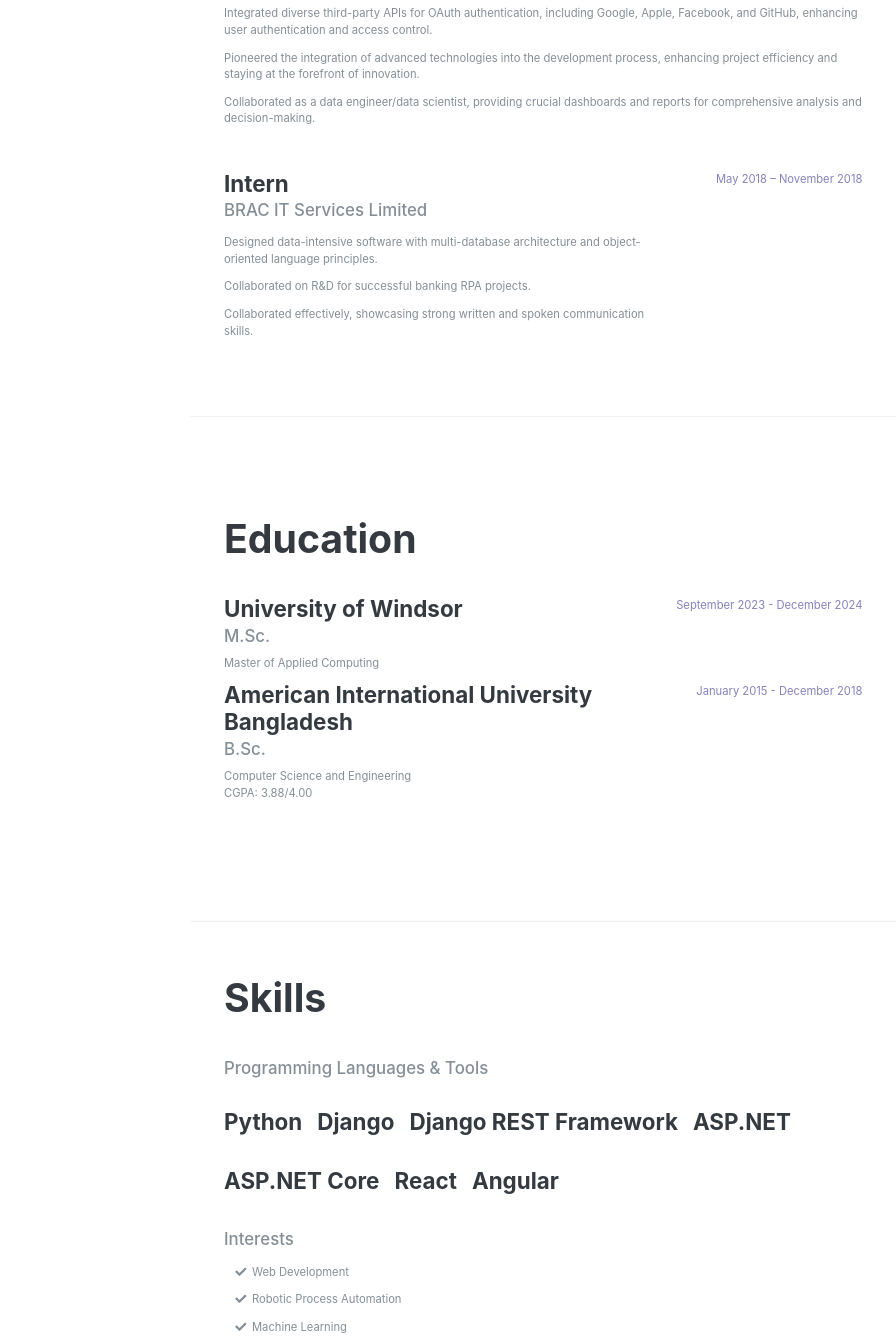
Repository: xahin96/xahin96.github.io
Page: index.html
An editor plug-in stored every save of this project. The page is shown before and after the next save, followed by the edit.
The browser window is 1280 px wide. The pictures show the part of the page from y = 1427 to 3347 px (the page is 5545 px tall before and 5521 px after), at 70% of full size.
Some web fonts or font styles are not loaded; a fallback is used.

Above is the page before, as saved 2024-04-27 12:36:30.

### index.html
<!DOCTYPE html>
<html lang="en">

<head>

  <meta charset="utf-8">
  <meta name="viewport" content="width=device-width, initial-scale=1, shrink-to-fit=no">
  <meta name="description" content="">
  <meta name="author" content="">

  <title>Shahriar Rahman</title>
  <link rel="icon" type="image/x-icon" href="img/profile.png">


  <!-- Bootstrap core CSS -->
  <link href="vendor/bootstrap/css/bootstrap.min.css" rel="stylesheet">

  <!-- Custom fonts for this template -->
  <link href="https://fonts.googleapis.com/css?family=Saira+Extra+Condensed:500,700" rel="stylesheet">
  <link href="https://fonts.googleapis.com/css?family=Muli:400,400i,800,800i" rel="stylesheet">
  <link href="vendor/fontawesome-free/css/all.min.css" rel="stylesheet">

  <!-- Custom styles for this template -->
  <link href="css/resume.css" rel="stylesheet">

</head>

<body id="page-top">

  <nav class="navbar navbar-expand-lg navbar-dark bg-primary fixed-top" id="sideNav">
    <a class="navbar-brand js-scroll-trigger" href="#page-top">
      <span class="d-block d-lg-none">Shahriar Rahman</span>
      <span class="d-none d-lg-block">
        <img class="img-fluid img-profile rounded-circle mx-auto mb-2" src="img/profile.png" alt="">
      </span>
    </a>
    <button class="navbar-toggler" type="button" data-toggle="collapse" data-target="#navbarSupportedContent" aria-controls="navbarSupportedContent" aria-expanded="false" aria-label="Toggle navigation">
      <span class="navbar-toggler-icon"></span>
    </button>
    <div class="collapse navbar-collapse" id="navbarSupportedContent">
      <ul class="navbar-nav">
        <li class="nav-item">
          <a class="nav-link js-scroll-trigger" href="#about">About</a>
        </li>
        <li class="nav-item">
          <a class="nav-link js-scroll-trigger" href="#experience">Experience</a>
        </li>
        <li class="nav-item">
          <a class="nav-link js-scroll-trigger" href="#education">Education</a>
        </li>
        <li class="nav-item">
          <a class="nav-link js-scroll-trigger" href="#skills">Skills</a>
        </li>
        <li class="nav-item">
          <a class="nav-link js-scroll-trigger" href="#projects">Projects</a>
        </li>
        <!-- <li class="nav-item">
          <a class="nav-link js-scroll-trigger" href="#interests">Interests</a>
        </li> -->
       <!--  <li class="nav-item">
          <a class="nav-link js-scroll-trigger" href="#awards">Achievements</a>
        </li> -->
      </ul>
    </div>
  </nav>

  <div class="container-fluid p-0">

    <section class="resume-section p-3 p-lg-5 d-flex align-items-center" id="about">
      <div class="w-100">
        <h1 class="mb-0">Shahriar
          <span class="mb-0">Rahman</span>
        </h1>
        <div class="subheading mb-5">Windsor, ON, Canada 🇨🇦 · +1 437 669 5591 ·
          <a href="mailto:shahriar.rahmanzahin@gmail.com">rahman8j@uwindsor.ca</a>
        </div>
        <p class="lead mb-5">Results-driven Software Engineer, with over 5 years of experience, specializing in innovative solutions such as Microservices, IoT, AI, and Robotic Process Automation (RPA). Demonstrates proficiency in software development, boasting a proven track record in leading the development of advanced systems, optimizing code for efficiency, and collaborating within dynamic, cross-functional teams.</p>
        <div class="social-icons">
          <a href="https://www.linkedin.com/in/shahriar-rahman-zahin">
            <i class="fab fa-linkedin-in"></i>
          </a>
          <a href="https://github.com/xahin96">
            <i class="fab fa-github"></i>
          </a>
          <a href="https://stackoverflow.com/users/5947007/shahriar-rahman-zahin">
            <i class="fab fa-stack-overflow"></i>
          </a>
          <a href="https://twitter.com/xahin96">
            <i class="fab fa-twitter"></i>
          </a>
          <a href="https://www.facebook.com/shahriar.xahin">
            <i class="fab fa-facebook-f"></i>
          </a>
        </div>
      </div>
    </section>

    <hr class="m-0">

    <section class="resume-section p-3 p-lg-5 d-flex justify-content-center" id="experience">
      <div class="w-100">
        <h2 class="mb-5">Experience</h2>

        <div class="resume-item d-flex flex-column flex-md-row justify-content-between mb-5">
          <div class="resume-content">
            <div class="flex justify-between align-items-center">
              <div>
                <h3 class="mb-0">Senior Software Engineer</h3>
                <div class="subheading mb-3">BRAC IT Services Limited</div>
              </div>
              <div class="resume-date text-md-right">
                <span class="text-primary">January 2023 – July 2023</span>
              </div>
            </div>

            <ul>
              <li>Led a 5-10-member team, reported directly to the department head, and managed work-related communications.</li>
              <li>Enforced software development best practices: clean code, code reviews, unit tests, ensuring continuous delivery.</li>
              <li>Facilitated design discussions, spearheaded idea generation, provided technical guidance, and enriched product experience through collaborative efforts within the team.</li>
              <li>Managed banking databases, utilizing stored procedures and SQL for efficient data handling and manipulation.</li>
              <li>Implemented Azure AD, integrated Microsoft Graph API for mail and calendar services, optimizing cloud collaboration.</li>
            </ul>
          </div>
        </div>

        <div class="resume-item d-flex flex-column flex-md-row justify-content-between mb-5">
          <div class="resume-content">
            <div class="flex justify-content-between align-items-center">
              <div>
                <h3 class="mb-0">Software Engineer</h3>
                <div class="subheading mb-3">BRAC IT Services Limited</div>
              </div>
              <div class="resume-date text-md-right">
                <span class="text-primary">November 2018 – December 2022</span>
              </div>
            </div>

            <li>Engineered RPA solutions achieving 5 to 20 times faster process completion with 100% accuracy.</li>
            <li>Orchestrated large-scale projects encompassing Microservices, ERP software, RPA, and IoT, employing industry-standard agile methodologies and adhering to robust design patterns.</li>
            <li>Integrated diverse third-party APIs for OAuth authentication, including Google, Apple, Facebook, and GitHub, enhancing user authentication and access control.</li>
            <li>Pioneered the integration of advanced technologies into the development process, enhancing project efficiency and staying at the forefront of innovation.</li>
            <li>Collaborated as a data engineer/data scientist, providing crucial dashboards and reports for comprehensive analysis and decision-making.</li>
          </div>

        </div>

        <div class="resume-item d-flex flex-column flex-md-row justify-content-between mb-5">
          <div class="resume-content">
            <div>
              <div>
                <h3 class="mb-0">Intern</h3>
                <div class="subheading mb-3">BRAC IT Services Limited</div>
              </div>
            </div>
            <li>Designed data-intensive software with multi-database architecture and object-oriented language principles.</li>
            <li>Collaborated on R&D for successful banking RPA projects.</li>
            <li>Collaborated effectively, showcasing strong written and spoken communication skills.
            </li>
          </div>
          <div class="resume-date text-md-right">
            <span class="text-primary">May 2018 – November 2018</span>
          </div>
        </div>

      </div>
    </section>

    <hr class="m-0">

    <section class="resume-section p-3 p-lg-5 d-flex align-items-center" id="education">
      <div class="w-100">
        <h2 class="mb-5">Education</h2>

        <div class="resume-item d-flex flex-column flex-md-row justify-content-between mb-3">
          <div class="resume-content">
            <h3 class="mb-0">University of Windsor</h3>
            <div class="subheading mb-2">M.Sc.</div>
            <div>Master of Applied Computing</div>
          </div>
          <div class="resume-date text-md-right">
            <span class="text-primary">September 2023 - December 2024</span>
          </div>
        </div>

        <!-- <div class="resume-item d-flex flex-column flex-md-row justify-content-between mb-3">
          <div class="resume-content">
            <h3 class="mb-0">Jahangirnagar University Bangladesh</h3>
            <div class="subheading mb-2"> M.Sc.</div>
            <div>Computer Science and Engineering</div>
            <p>CGPA: 3.88/4.00</p>
          </div>
          <div class="resume-date text-md-right">
            <span class="text-primary">January 2015 - December 2018</span>
          </div>
        </div> -->

        <div class="resume-item d-flex flex-column flex-md-row justify-content-between mb-3">
          <div class="resume-content">
            <h3 class="mb-0">American International University Bangladesh</h3>
            <div class="subheading mb-2">B.Sc.</div>
            <div>Computer Science and Engineering</div>
            <p>CGPA: 3.88/4.00</p>
          </div>
          <div class="resume-date text-md-right">
            <span class="text-primary">January 2015 - December 2018</span>
          </div>
        </div>

        <!-- <div class="resume-item d-flex flex-column flex-md-row justify-content-between mb-3">
          <div class="resume-content">
            <h3 class="mb-0">Dhaka Imperial College, Bangladesh</h3>
            <div class="subheading mb-2">Higher Secondary School Certificate</div>
            <p>GPA: 5.00/5.00</p>
          </div>
          <div class="resume-date text-md-right">
            <span class="text-primary">April 2012 - April 2014</span>
          </div>
        </div> -->

        <!-- <div class="resume-item d-flex flex-column flex-md-row justify-content-between">
          <div class="resume-content">
            <h3 class="mb-0">Bangladesh International School & College Riyadh, Saudi Arabia</h3>
            <div class="subheading mb-2">Secondary School Certificate</div>
            <p>GPA: 4.88/5.00</p>
          </div>
          <div class="resume-date text-md-right">
            <span class="text-primary">January 2007 - April 2012</span>
          </div>
        </div> -->

      </div>
    </section>

    <hr class="m-0">

    <section class="resume-section p-3 p-lg-5 d-flex align-items-center" id="skills">
      <div class="w-100">
        <h2 class="mb-5">Skills</h2>

        <div class="subheading mb-3">Programming Languages &amp; Tools</div>
        <ul class="list-inline dev-icons">
          <li class="list-inline-item">
            <h3>Python</h3>
          </li>
          <li class="list-inline-item">
            <h3>Django</h3>
          </li>
          <li class="list-inline-item">
            <h3>Django REST Framework</h3>
          </li>
          <li class="list-inline-item">
            <h3>ASP.NET</h3>
          </li>
          <li class="list-inline-item">
            <h3>ASP.NET Core</h3>
          </li>
          <li class="list-inline-item">
            <h3>React</h3>
          </li>
          <li class="list-inline-item">
            <h3>Angular</h3>
          </li>
        </ul>

        <br>

        <div class="subheading mb-3">Interests</div>
        <ul class="fa-ul mb-0">
          <li>
            <i class="fa-li fa fa-check"></i>
          Web Development</li>
          <li>
            <i class="fa-li fa fa-check"></i>
          Robotic Process Automation</li>
          <li>
            <i class="fa-li fa fa-check"></i>
          Machine Learning</li>
          <li>
            <i class="fa-li fa fa-check"></i>
          Data Mining</li>
        </ul>
      </div>
    </section>

    <hr class="m-0">

    <section class="resume-section p-3 p-lg-5 d-flex align-items-center project" id="projects">
      <div class="w-100">
        <h2 class="mb-5">Projects</h2>
        <hr>
        <div class="row">
          <div class="col-sm-12 col-md-6 mb-4">
            <div class="card p-3">
              <!-- <img class="mb-4" class="card-img-top" src="https://picsum.photos/id/237/200/300" alt="Card image cap"> -->
              <div style="background-color:rgb(255, 255, 255)">
                <h3 class="mb-0">Keeper</h3>
                <p class="lead mb-5">
                    Warranty managemet application for your products. It will help you manage all your product with warraties and smartly reminding you about the expiry date.
                </p>
                <h4>Technology Used</h4>
                <li>Python</li>
                <li>Django</li>
                <li>Django REST Framework</li>
                <div><h5>   &nbsp;</h5>   </div>
                <h5>Product link:</h5> <p><a href="/">Will be available on Play Store and Apple App Store soon</a></p>
              </div>
            </div>
          </div>
          <div class="col-sm-12 col-md-6 mb-4">
            <div class="card p-3">
              <!-- <img class="mb-4" class="card-img-top" src="https://picsum.photos/id/237/200/300" alt="Card image cap"> -->
              <div style="background-color:rgb(255, 255, 255)">
                <h3 class="mb-0">Atwork</h3>
                <p class="lead mb-5">
                    Smart meeting management system for your company. It will help you manage your meetings, schedule them, generate notice or summary along with agenda summary for
                    easier maintenance.
                </p>
                <h4>Technology Used</h4>
                <li>Python</li>
                <li>Django</li>
                <li>Django REST Framework</li>
                <li>Angular</li>
                <li>Typescript</li>
                <div><h5>   &nbsp;</h5>   </div>
                <h5>Product link:</h5> <p><a href="https://www.bracits.com/product/meeting-atwork">https://www.bracits.com/product/meeting-atwork</a></p>
              </div>
            </div>
          </div>
          <div class="col-sm-12 col-md-6 mb-4">
            <div class="card p-3">`
              <!-- <img class="mb-4" class="card-img-top" src="https://picsum.photos/id/237/200/300" alt="Card image cap"> -->
              <div style="background-color:rgb(255, 255, 255)">
                <h3 class="mb-0">Eye Tracker With Blink Detection</h3>
                <p class="lead mb-5">
                    This python application can detect eye of user sitting in front of webcam. Tracking the eye center or Iris the program
                    can detect where the user is looking at on the PC screen as well as when the user is blinking. This project was used in
                    my thesis - Controlling Multimedia Player With Eye Gaze Using Webcam.
                </p>
                <h4>Technology Used</h4>
                <li>Python</li>
                <li>OpenCV</li>
                <div><h5>   &nbsp;</h5>   </div>
                <h5>Publication link:</h5> <p><a href="https://ieeexplore.ieee.org/document/8644103">https://ieeexplore.ieee.org/document/8644103</a></p>
              </div>
            </div>
          </div>
          <div class="col-sm-12 col-md-6 mb-4">
            <div class="card p-3">
              <div style="background-color:rgb(255, 255, 255)">
                <h3 class="mb-0">Credit Card Creation Process Automation</h3>
                <p class="lead mb-5">
                  This automation program automates a full card processing system which requires 3 different applications.
                  It fills up forms of 3 different application and completes a full process 5 times faster than human.
                </p>
                <h4>Technology Used</h4>
                <li>Python</li>
                <li>SQL Server</li>
                <div><h5>   &nbsp;</h5>   </div>
                <h5>Project link:</h5> Confidential banking project.
              </div>
            </div>
          </div>
          <div class="col-sm-12 col-md-6 mb-4">
            <div class="card p-3">
              <div style="background-color:rgb(255, 255, 255)">
                <h3 class="mb-0">Parker</h3>
                <p class="lead mb-5">
                  This application is used for web automation. It is built specially for a website so that any human repetitive task on that website can be automated easily.
                </p>
                <h4>Technology Used</h4>
                <li>ASP.NET MVC</li>
                <li>SQL Server</li>
                <li>ADO.NET</li>
                <li>Bootstrap</li>
                <li>JQuery</li>
                <li>Selenium</li>
                <div><h5>   &nbsp;</h5>   </div>
                <h5>Project link:</h5> Confidential banking project.
            </div>
            </div>
          </div>
          <div class="col-sm-12 col-md-6 mb-4">
            <div class="card p-3">
              <div style="background-color:rgb(255, 255, 255)">
                <h3 class="mb-0">PDF Extractor</h3>
                <p class="lead mb-5">
                  This application is used for extracting data from complex PDF tables and saving them in database for easy data analysis.
                </p>
                <h4>Technology Used</h4>
                <li>Python</li>
                <li>SQL Server</li>
                <div><h5>   &nbsp;</h5>   </div>
                <h5>Project link:</h5> Confidential banking project.
              </div>
            </div>
          </div>
          <!-- <div class="col-sm-12 col-md-6 mb-4">
            <div class="card p-3">
              <div style="background-color:rgb(255, 255, 255)">
                <h3 class="mb-0">Insurance Company Management</h3>
                <p class="lead mb-5">
                  This application is used for managing different tasks of an insurance company. Employees can issue for accident entry and towing
                  car entries etc.
                </p>
                <h4>Technology Used</h4>
                <li>PHP</li>
                <li>Vanilla JS</li>
                <li>Oracle</li>
                <div><h5>   &nbsp;</h5>   </div>
                <h5>Project link:</h5> <p><a href="https://github.com/xahin96/Insurance_Company_management">https://github.com/xahin96/Insurance_Company_management</a></p>
            </div>
            </div>
          </div> -->
          <!-- <div class="col-sm-12 col-md-6 mb-4">
            <div class="card p-3">
            <div style="background-color:rgb(255, 255, 255)">
              <h3 class="mb-0">Urban City Scenario</h3>
              <p class="lead mb-5">
                Simple 2d scenario animation made with OpenGL C++
              </p>
              <h4>Technology Used</h4>
              <li>OpenGL</li>
              <li>C++</li>
              <div><h5>   &nbsp;</h5>   </div>
              <h5>Project link:</h5> <p><a href="https://github.com/xahin96/Urban_city_scenario">https://github.com/xahin96/Urban_city_scenario</a></p>
            </div>
            </div>
          </div> -->
          <!-- <div class="col-sm-12 col-md-6 mb-4">
            <div class="card p-3">
              <div style="background-color:rgb(255, 255, 255)">
                <h3 class="mb-0">Catch The Egg</h3>
                <p class="lead mb-5">
                  Simple fun 2d game. Eggs are falling from sky catch as much as you can.
                </p>
                <h4>Technology Used</h4>
                <li>Java</li>
                <div><h5>   &nbsp;</h5>   </div>
                <h5>Project link:</h5> <p><a href="https://github.com/xahin96/CatcTheEgg">https://github.com/xahin96/CatcTheEgg</a></p>
              </div>
            </div>
          </div> -->
          <!-- <div class="col-sm-12 col-md-6 mb-4">
            <div class="card p-3">
              <div style="background-color:rgb(255, 255, 255)">
                <h3 class="mb-0">Mobile Banking App</h3>
                <p class="lead mb-5">
                  Mobile banking app for using transaction functionality from phone.
                </p>
                <h4>Technology Used</h4>
                <li>C#</li>
                <li>SQL Server</li>
                <div><h5>   &nbsp;</h5>   </div>
                <h5>Project link:</h5> <p><a href="https://github.com/xahin96/MobileBanking">https://github.com/xahin96/MobileBanking</a></p>
              </div>
            </div>
          </div> -->
          <!-- <div class="col-sm-12 col-md-6 mb-4">
            <div class="card p-3">
              <div style="background-color:rgb(255, 255, 255)">
                <h3 class="mb-0">Kine Felun</h3>
                <p class="lead mb-5">
                  Online shopping application where user can add products for selling.
                </p>
                <h4>Technology Used</h4>
                <li>PHP</li>
                <li>Vanilla JS</li>
                <li>Oracle</li>
                <div><h5>   &nbsp;</h5>   </div>
                <h5>Project link:</h5> <p><a href="https://github.com/xahin96/Kine-Felun">https://github.com/xahin96/Kine-Felun</a></p>
              </div>
            </div>
          </div>  -->
      </div>

      </div>
    </section>

            <hr class="m-0">

  </div>

  <!-- Bootstrap core JavaScript -->
  <script src="vendor/jquery/jquery.min.js"></script>
  <script src="vendor/bootstrap/js/bootstrap.bundle.min.js"></script>

  <!-- Plugin JavaScript -->
  <script src="vendor/jquery-easing/jquery.easing.min.js"></script>

  <!-- Custom scripts for this template -->
  <script src="js/resume.min.js"></script>

</body>
</html>

Loaded but not shown: vendor/bootstrap/css/bootstrap.min.css (library); vendor/fontawesome-free/css/all.min.css (library); vendor/jquery/jquery.min.js (library); vendor/bootstrap/js/bootstrap.bundle.min.js (library); vendor/jquery-easing/jquery.easing.min.js (common file); js/resume.min.js (common file); css/resume.css (218 lines, source omitted)

After the next save:
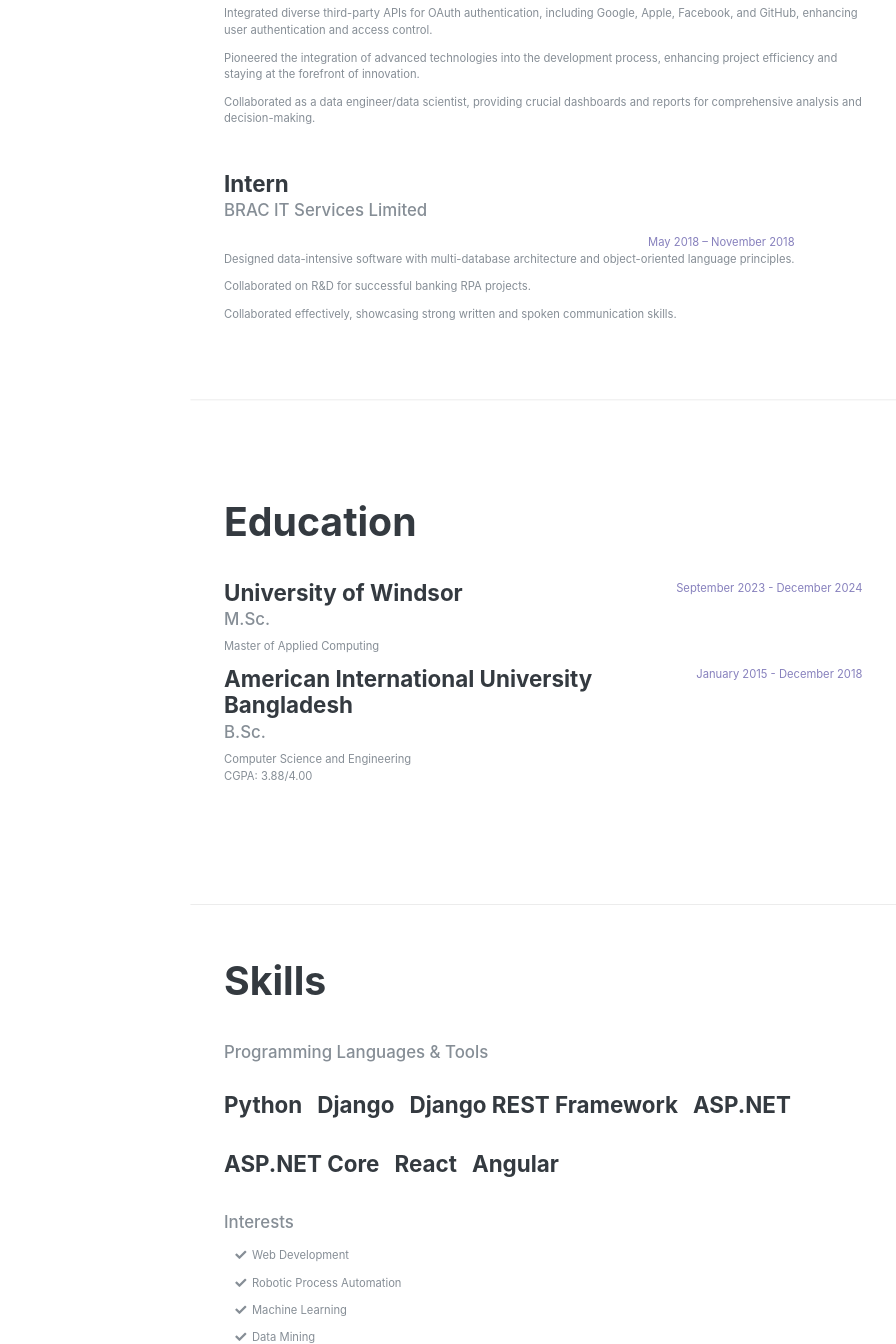
Saved 17 s later.
--- a/index.html
+++ b/index.html
@@ -151,15 +151,16 @@
                 <h3 class="mb-0">Intern</h3>
                 <div class="subheading mb-3">BRAC IT Services Limited</div>
               </div>
+              <div class="resume-date text-md-right">
+                <span class="text-primary">May 2018 – November 2018</span>
+              </div>
             </div>
             <li>Designed data-intensive software with multi-database architecture and object-oriented language principles.</li>
             <li>Collaborated on R&D for successful banking RPA projects.</li>
             <li>Collaborated effectively, showcasing strong written and spoken communication skills.
             </li>
           </div>
-          <div class="resume-date text-md-right">
-            <span class="text-primary">May 2018 – November 2018</span>
-          </div>
+
         </div>
 
       </div>
